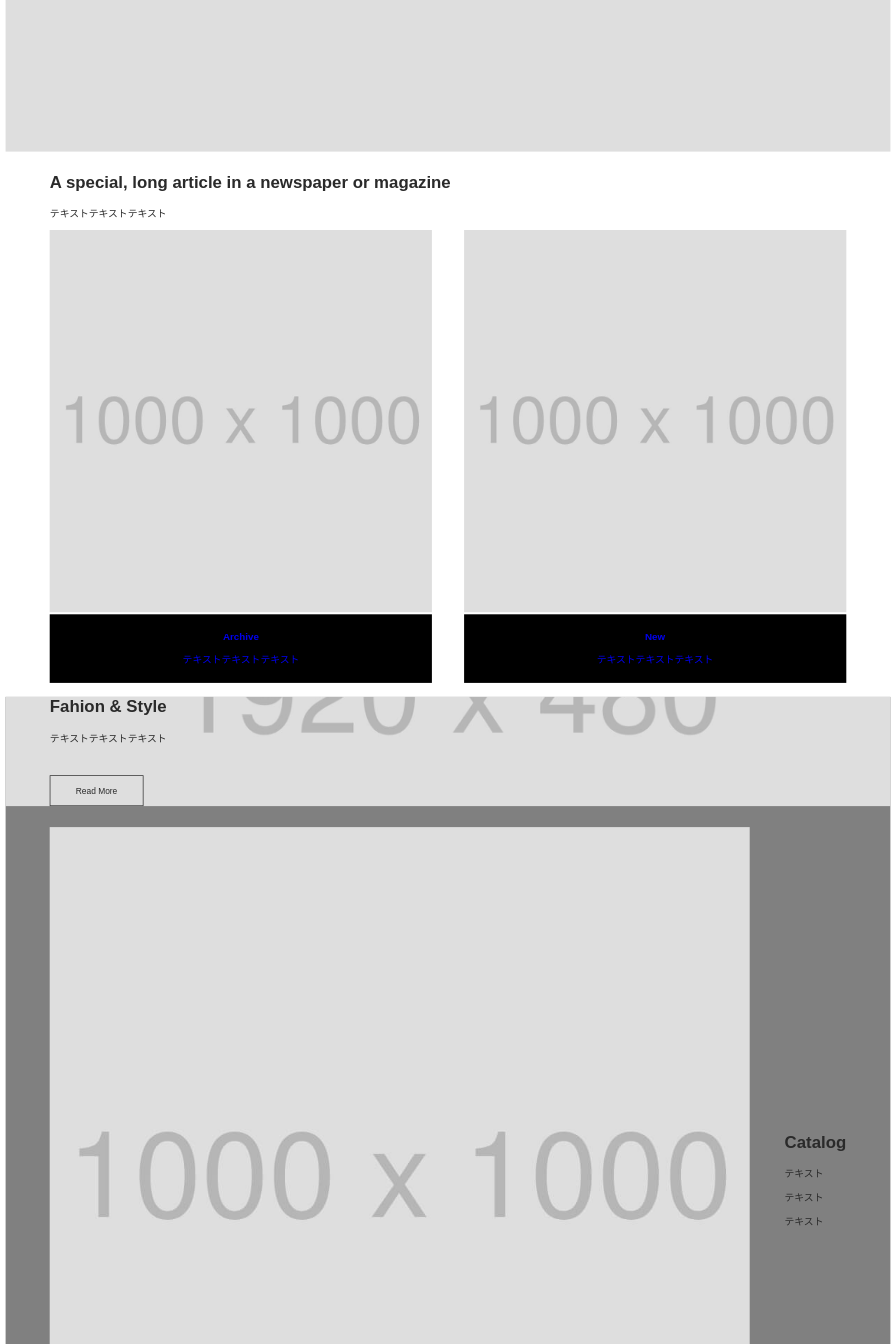
Repository: Fuki-san/bookstore
Page: http://localhost/book
An editor plug-in stored every save of this project. The page is shown before and after a run of saves, followed by the edit.
The browser window is 1280 px wide. The pictures show the part of the page from y = 512 to 2432 px (the page is 3870 px tall before and 3920 px after), at 70% of full size.
The page is served by the project's Laravel application, run on PHP 8.4 with Laravel 10.

Above is the page before, as saved 2023-11-21 13:43:05.

After the next 2 saves:
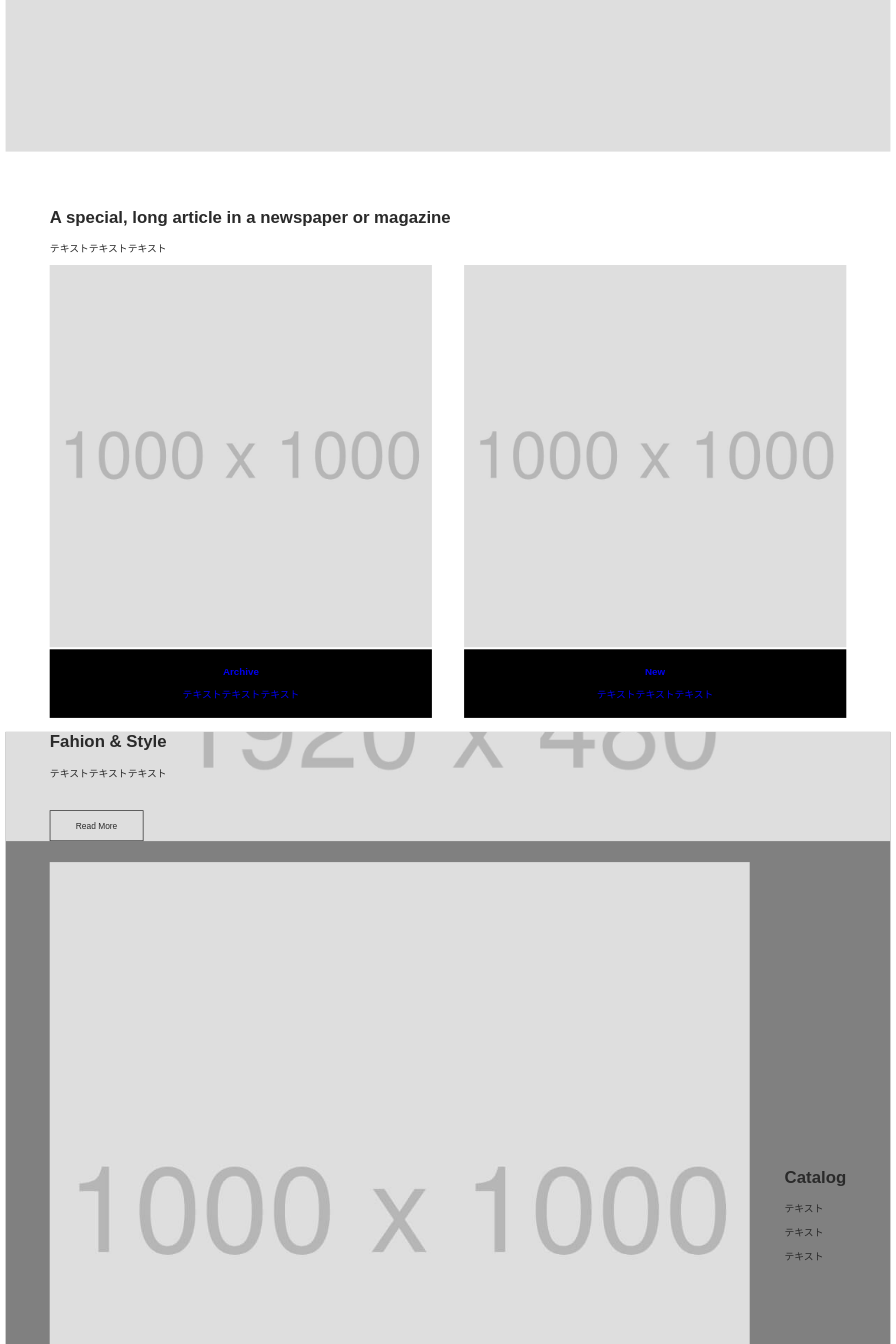
The 2 saves are shown as one change because they came seconds apart.
The last was saved 3 min 5 s later.
--- a/public/css/style.css
+++ b/public/css/style.css
@@ -48,7 +48,7 @@ li{
     background-repeat: no-repeat;
     background-size: cover;
     position: relative;
-    margin: 0 0 30px 0;
+    margin-bottom: 80px;
     height: 100vh;
 }
 
